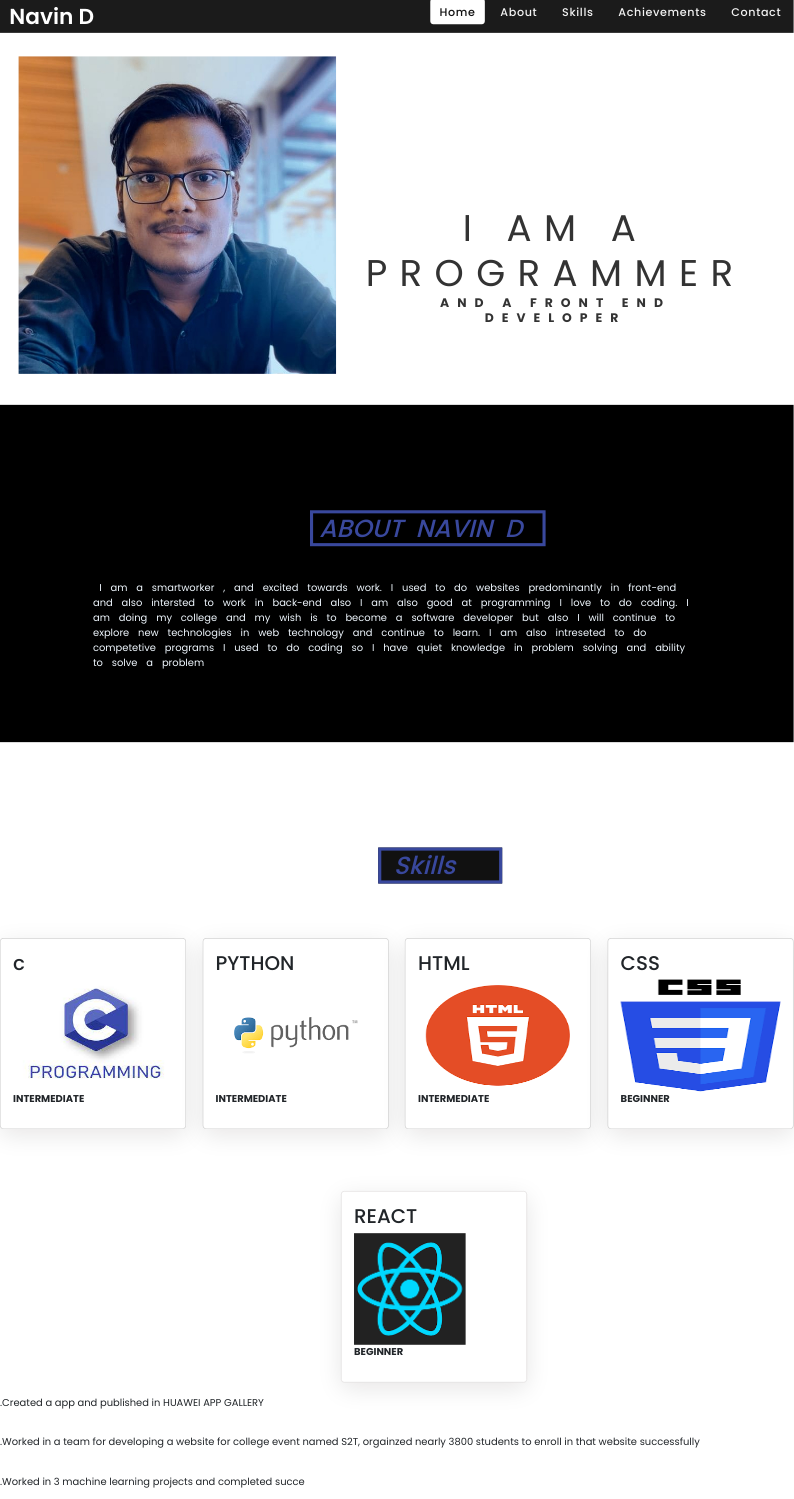
Repository: NavinDayanithi/OIBSIP
Page: Portfolio/index.html
The author's editor kept a copy of each file at every save. The page is drawn from the files as they stood at one save, then again after the next save.
The browser window is 1280 px wide. The pictures show the whole page, at 62% of full size.

Above is the page before, as saved 2023-02-21 20:50:59.
Console error: TypeError: Cannot read properties of undefined (reading 'fn')

After the next save:
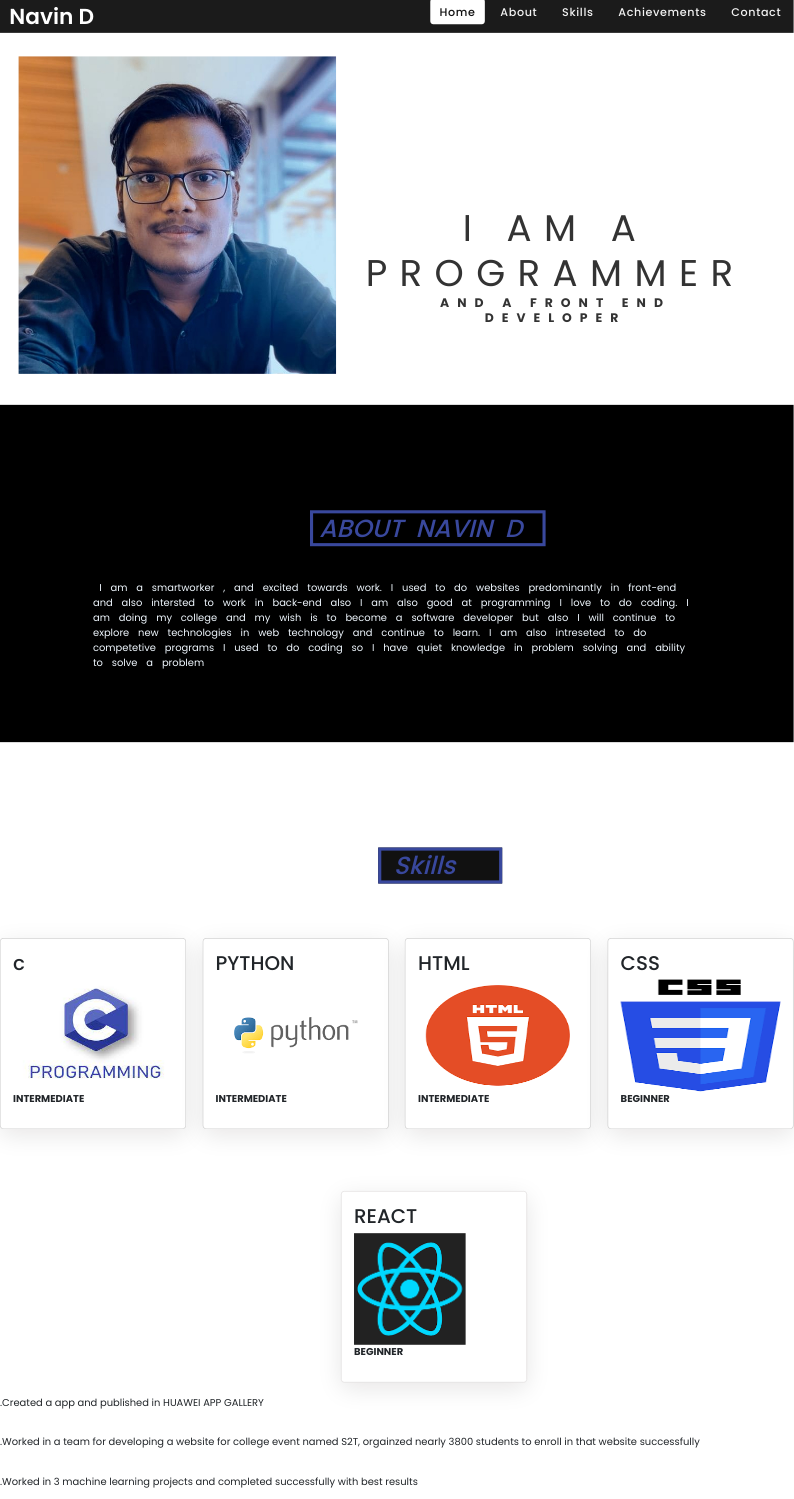
Saved 11 s later.
--- a/Portfolio/index.html
+++ b/Portfolio/index.html
@@ -100,7 +100,7 @@
   <br/>
   <p>.Worked in a team for developing a website for college event named S2T, orgainzed nearly 3800 students to enroll in that website successfully</p>
   <br/>
- <p>.Worked in 3 machine learning projects and completed succe</p>
+ <p>.Worked in 3 machine learning projects and completed successfully with best results</p>
  </section>
        </body>
 </html>
